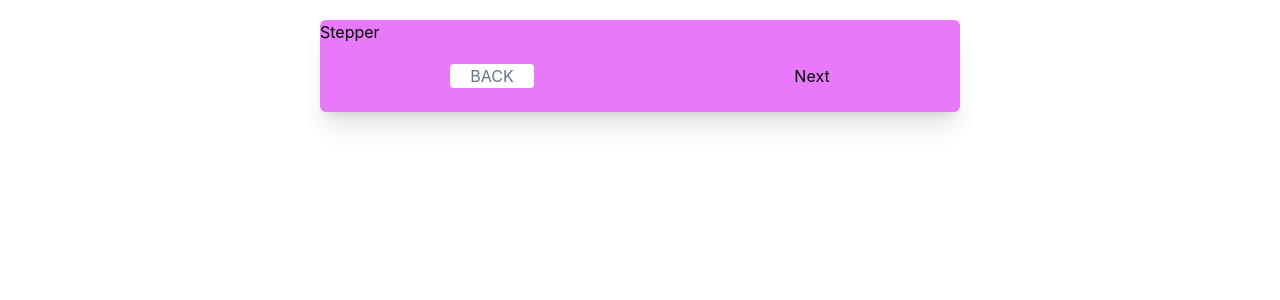
Repository: OmniaRafat232111121/reactstepper
Page: /
The author's editor kept a copy of each file at every save. The page is drawn from the files as they stood at one save, then again after a run of saves.
The browser window is 1280 px wide. The pictures show the whole page.
The project was rebuilt for these pictures with package versions that can differ from the ones it lists, and the page was loaded fresh each time. Also part of the build but not shown: src/App.css.

Above is the page before, as saved 2023-02-21 23:19:07.

### src/App.js

import './App.css';
import Stepper from './Component/Stepper';
import StepperControl from './Component/StepperControl';
function App() {
  return (
    <div className="md:w-1/2 mx-auto  rounded-md shadow-xl bg-fuchsia-400 pb-2 mt-5">
     {/*stepper*/}
    <div className='container horizontal mt-5'>
    <Stepper/>
    </div>
     {/*StepperCOntrol*/}
     <StepperControl/>
    </div>
  );
}

export default App;

### src/Component/Stepper.js
import React from 'react'

const Stepper = () => {
  return (
    <div>
      <h1>Stepper</h1>
    </div>
  )
}

export default Stepper

### src/Component/StepperControl.js
import React from 'react'

const StepperControl = () => {
  return (
    <div className='container  flex justify-around mt-5 mb-4'>
       {/*back button*/}
       <button className='bg-white text-slate-500  uppercase px-5 rounded'>
       Back
       </button>
        {/*next button*/}
        <button>
    Next
       </button>
    </div>
  )
}

export default StepperControl

Loaded but not shown: public/index.html (common file); src/index.js (common file); src/index.css (common file); tailwind.config.js (common file)

After the next 3 saves:
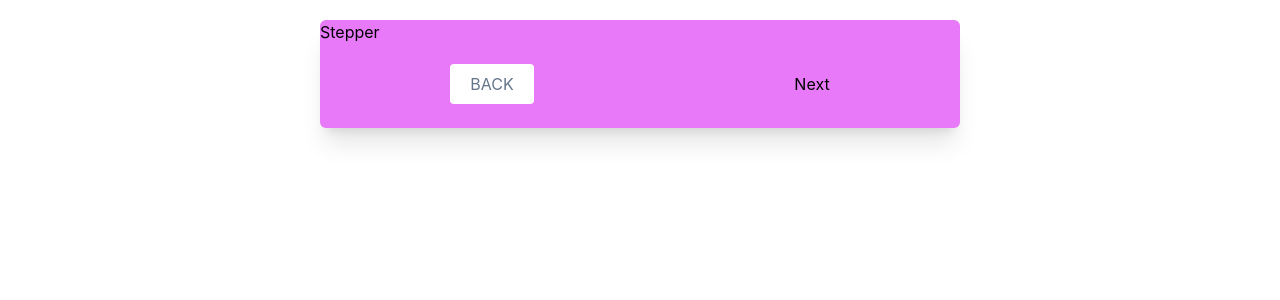
The 3 saves are shown as one change because they came seconds apart.
The last was saved 20 s later.
--- a/src/Component/StepperControl.js
+++ b/src/Component/StepperControl.js
@@ -4,7 +4,7 @@ const StepperControl = () => {
   return (
     <div className='container  flex justify-around mt-5 mb-4'>
        {/*back button*/}
-       <button className='bg-white text-slate-500  uppercase px-5 rounded'>
+       <button className='bg-white text-slate-500 font  uppercase px-5 py-2  rounded'>
        Back
        </button>
         {/*next button*/}
